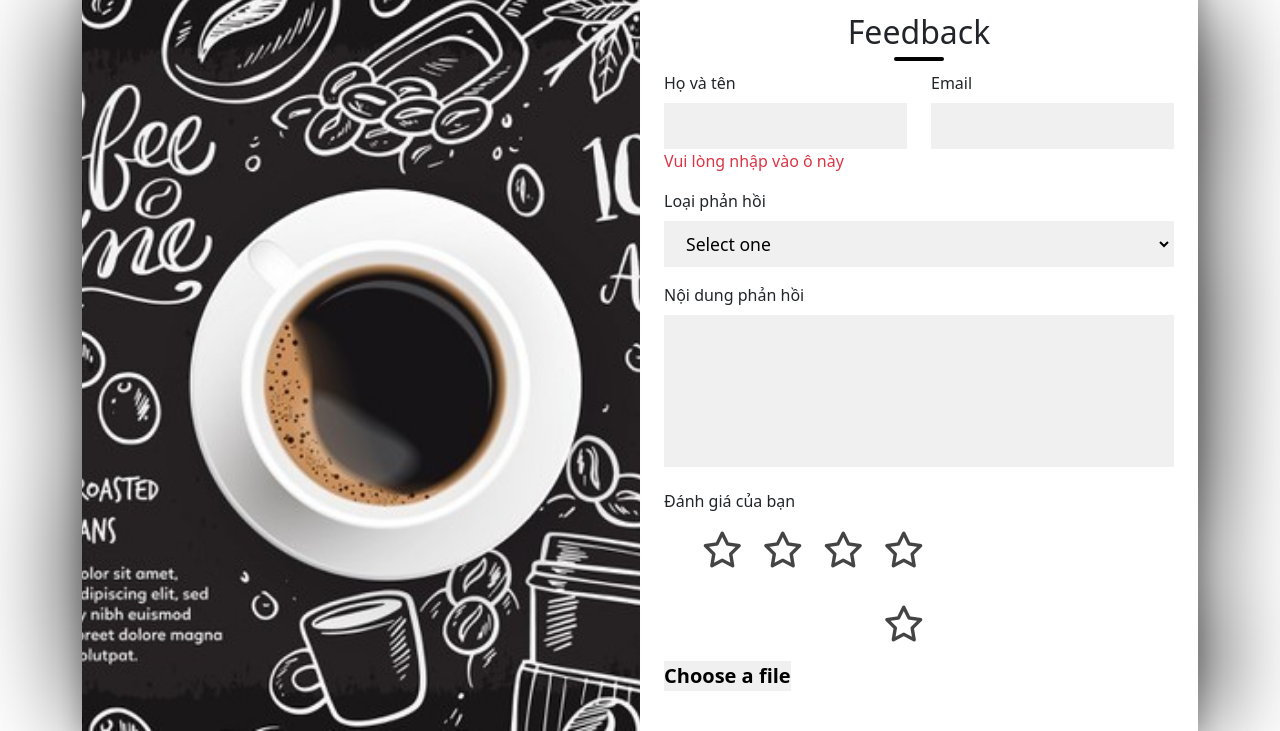
Repository: LeDongGyC/html-css
Page: HTML CSS/prototype/index.html
An editor plug-in stored every save of this project. The page is shown before and after the next save, followed by the edit.
The browser window is 1280 px wide. The pictures show the whole page.
Some web libraries are served in a nearby version. The style sheet was rebuilt from its Sass, Less or Tailwind sources for each picture, by a compiler version that may differ from the author's.

Above is the page before, as saved 2023-05-24 12:01:34.

### HTML CSS/prototype/index.html
<!doctype html>
<html lang="en">

<head>
  <title>Title</title>
  <!-- Required meta tags -->
  <meta charset="utf-8">
  <meta name="viewport" content="width=device-width, initial-scale=1, shrink-to-fit=no">
  <link rel="stylesheet" href="style.css">
  <link rel="stylesheet" href="reset.css">
  <!-- <script src="index.js"></script> Bootstrap CSS v5.2.1 -->
  <script>
    var inputs = document.querySelectorAll('.inputfile');
    Array.prototype.forEach.call(inputs, function (input) {
      var label = input.nextElementSibling,
        labelVal = label.innerHTML;
      input.addEventListener('change', function (e) {
        var fileName = '';
        if (this.files && this.files.length > 1)
          fileName = (this.getAttribute('data-multiple-caption') || '').replace('{count}', this.files.length);
        else
          fileName = e.target.value.split('\\').pop();

        if (fileName)
          label.querySelector('span').innerHTML = fileName;
        else
          label.innerHTML = labelVal;
      });
    });
  </script>
  <link href="https://cdn.jsdelivr.net/npm/bootstrap@5.2.1/dist/css/bootstrap.min.css" rel="stylesheet"
    integrity="sha384-iYQeCzEYFbKjA/T2uDLTpkwGzCiq6soy8tYaI1GyVh/UjpbCx/TYkiZhlZB6+fzT" crossorigin="anonymous">
    <link rel='stylesheet prefetch' href='https://netdna.bootstrapcdn.com/font-awesome/3.2.1/css/font-awesome.css'>

</head>

<body>
  <div class="container">
    <div class="feedback-box">
      <div class="feedback-box_left"></div>
      <div class="feedback-box_right">
        <h2 class="feedback-box_right-title">Feedback</h2>
        <div class="row">
          <div class="mb-3 col-md-6">
            <label for="name" class="form-label">Họ và tên</label>
            <input type="text" class=" feedback-box_right-item" name="" id="name" aria-describedby="helpId"
              placeholder="">
              <span class="text-danger">Vui lòng nhập vào ô này</span>
          </div>
          <div class="mb-3 col-md-6">
            <label for="email" class="form-label">Email</label>
            <input type="text" class=" feedback-box_right-item" name="" id="email" aria-describedby="helpId"
              placeholder="">
          </div>
        </div>

        <div class="mb-3">
          <label for="typeFeedback" class="form-label">Loại phản hồi</label>
          <select class="feedback-box_right-item " name="" id="typeFeedback">
            <option selected disabled>Select one</option>
            <option value="" class="feedback-box_right-item-selected">Option 1</option>
            <option value="" class="feedback-box_right-item-selected">Option 2</option>
            <option value="" class="feedback-box_right-item-selected">Option 3</option>
          </select>
        </div>
        <div class="mb-3">
          <label for="feedback" class="form-label">Nội dung phản hồi</label>
          <textarea type="" class=" feedback-box_right-item" name="" id="feedback" aria-describedby="helpId"
            placeholder="" rows="5"></textarea>
        </div>
        <div class="stars">
          <form action="">
            <header>Đánh giá của bạn</header>
            <input class="star star-5" id="star-5" type="radio" name="star"/>
            <label class="star star-5" for="star-5"></label>
            <input class="star star-4" id="star-4" type="radio" name="star"/>
            <label class="star star-4" for="star-4"></label>
            <input class="star star-3" id="star-3" type="radio" name="star"/>
            <label class="star star-3" for="star-3"></label>
            <input class="star star-2" id="star-2" type="radio" name="star"/>
            <label class="star star-2" for="star-2"></label>
            <input class="star star-1" id="star-1" type="radio" name="star"/>
            <label class="star star-1" for="star-1"></label>
          </form>
        </div>
        <div class="mb-3">
          <input type="file" name="file" id="file" class="inputfile" data-multiple-caption="{count} files selected"
            multiple />
          <label for="file">Choose a file</label>
        </div>
      </div>
    </div>
  </div>
  <!-- Bootstrap JavaScript Libraries -->
  <!-- <script src="https://cdn.jsdelivr.net/npm/@popperjs/core@2.11.6/dist/umd/popper.min.js"
    integrity="sha384-oBqDVmMz9ATKxIep9tiCxS/Z9fNfEXiDAYTujMAeBAsjFuCZSmKbSSUnQlmh/jp3" crossorigin="anonymous">
    </script>

  <script src="https://cdn.jsdelivr.net/npm/bootstrap@5.2.1/dist/js/bootstrap.min.js"
    integrity="sha384-7VPbUDkoPSGFnVtYi0QogXtr74QeVeeIs99Qfg5YCF+TidwNdjvaKZX19NZ/e6oz" crossorigin="anonymous">
    </script> -->
</body>

</html>

### HTML CSS/prototype/style.scss
* {
  box-sizing: border-box;
}
html {
  font-size: 62.5%;
}
body {
  font-size: 1.6rem;
  font-family: "Arial", sans-serif;
  font-weight: normal;
  height: 100vh;
  width: 100%;
}
.container {
  position: relative;
  width: 100%;
  height: 100%;
  display: flex;
  justify-content: center;
  align-items: center;
  padding: 2rem 10rem;
  &::after {
    position: sticky;
    content: "";
    position: absolute;
    width: 100%;
    height: 100%;
    left: 0;
    top: 0;
    background: url("cafe.jpg") no-repeat center;
    background-size: cover;
    filter: blur(50px);
    z-index: -1;
  }
}
.feedback-box {
  max-width: 85rem;
  // min-width: 70vw;
  display: grid;
  grid-template-columns: repeat(2, 1fr);
  justify-content: center;
  // align-items: center;
  // text-align: center;
  background-color: #fff;
  box-shadow: 0px 0px 19px 5px rgba(0, 0, 0, 0.19);
  &_left {
    background: url("cafe.jpg") no-repeat center;
    display: block;
    background-size: cover;
    // object-fit: cover;
    height: 100%;
  }
  &_right {
    padding: 1.5rem;
    &-title {
      position: relative;
      align-items: center;
      text-align: center;
      padding: 0 0 10px;
      margin-bottom: 10px;
      &::after {
        content: "";
        position: absolute;
        left: 50%;
        bottom: 0;
        transform: translateX(-50%);
        height: 4px;
        width: 50px;
        border-radius: 2px;
        background-color: black;
      }
    }
    &-item {
      width: 100%;
      border: 2px solid rgba(0, 0, 0, 0);
      outline: none;
      background-color: rgba(230, 230, 230, 0.6);
      padding: 0.5rem 1rem;
      font-size: 1.1rem;
      //   margin-bottom: 22px;
      transition: 0.3s;
      &:hover {
        background-color: rgba(0, 0, 0, 0.1);
      }
      &:focus {
        border: 2px solid rgba(30, 85, 250, 0.47);
        background-color: #fff;
      }
      &:last-child {
        resize: none;
      }
    }
  }
}
.inputfile {
  width: 0.1px;
  height: 0.1px;
  opacity: 0;
  overflow: hidden;
  position: absolute;
  z-index: -1;
}
.inputfile + label {
  font-size: 1.25em;
  font-weight: 700;
  color: black;
  background-color: rgba(230, 230, 230, 0.6);
  display: inline-block;
  cursor: pointer;
}

.inputfile:focus + label,
.inputfile + label:hover {
  color: rgba(30, 85, 250, 0.47);
  background-color: rgba(0, 0, 0, 0.1);
}
div.stars {
  width: 270px;
  display: inline-block;
}

input.star { display: none; }

label.star {
  float: right;
  padding: 10px;
  font-size: 36px;
  color: #444;
  transition: all .2s;
}

input.star:checked ~ label.star:before {
  content: '\f005';
  color: #FD4;
  transition: all .25s;
}

input.star-5:checked ~ label.star:before {
  color: #FE7;
  text-shadow: 0 0 20px #952;
}

input.star-1:checked ~ label.star:before { color: #F62; }

label.star:hover { transform: rotate(-15deg) scale(1.3); }

label.star:before {
  content: '\f006';
  font-family: FontAwesome;
}

Loaded but not shown: HTML CSS/prototype/reset.css (common file)

After the next save:
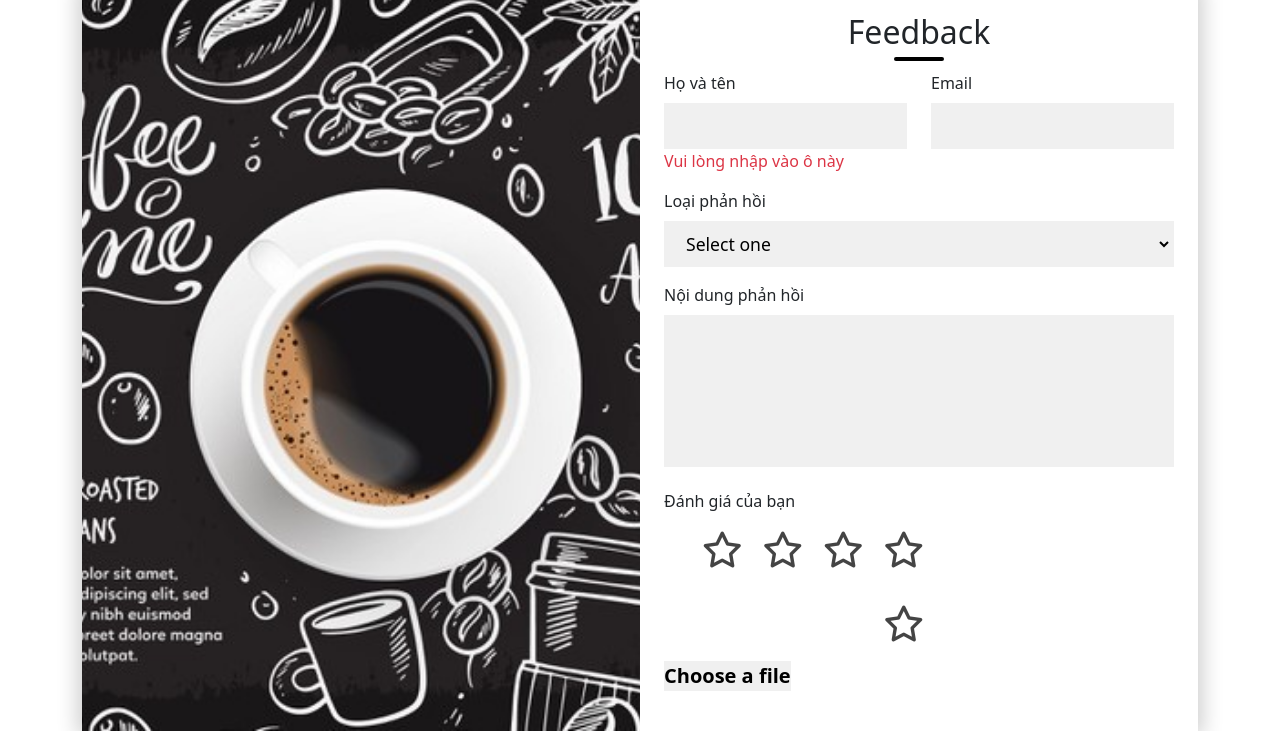
Saved 6 min 7 s later.
--- a/HTML CSS/prototype/style.scss
+++ b/HTML CSS/prototype/style.scss
@@ -23,8 +23,8 @@
     position: sticky;
     content: "";
     position: absolute;
-    width: 100%;
-    height: 100%;
+    // width: 100%;
+    // height: 100%;
     left: 0;
     top: 0;
     background: url("cafe.jpg") no-repeat center;

After the save that followed:
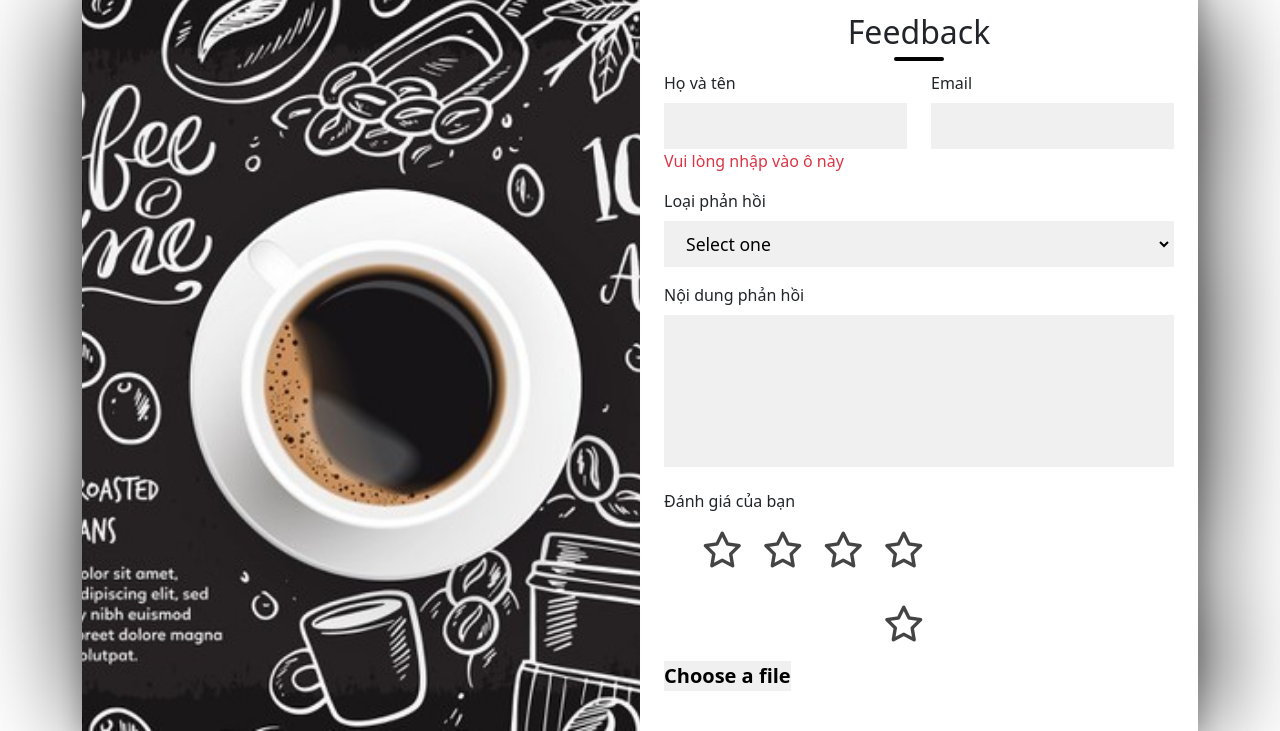
Saved 5 s later.
--- a/HTML CSS/prototype/style.scss
+++ b/HTML CSS/prototype/style.scss
@@ -23,8 +23,8 @@
     position: sticky;
     content: "";
     position: absolute;
-    // width: 100%;
-    // height: 100%;
+    width: 100%;
+    height: 100%;
     left: 0;
     top: 0;
     background: url("cafe.jpg") no-repeat center;
